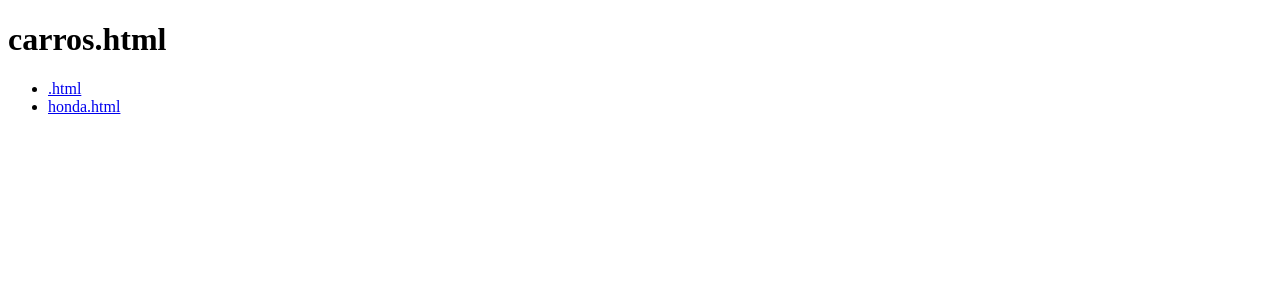
Repository: joao-laercio/DevWeb_BackEnd
Page: index.html/motos.html/motos.html
These files come from the project's save history. The page is drawn as it stood at one moment and after the next save; the edit follows.
The browser window is 1280 px wide. The pictures show the whole page.

Above is the page before, as saved 2022-07-06 15:27:07.

### index.html/motos.html/motos.html
<!DOCTYPE html>
<html>
    <head>
        <meta charset="utf-8">
        <title>carros.html</title>
    </head>
    <body>
        <h1>carros.html</h1>

         <div>
              <strong> </strong>
         </div>
         <p>

         </p>
         <blockquote></blockquote>
         <span> <em> </em></span>
         <ul>
             <li><a href="harley.html/harley.html">.html</a></li>
             <li><a href="honda.html/">honda.html</a></li>
         </ul>

         <a href="quesomos.html"></a>
         <img src=""
     </body>
</html>

After the next save:
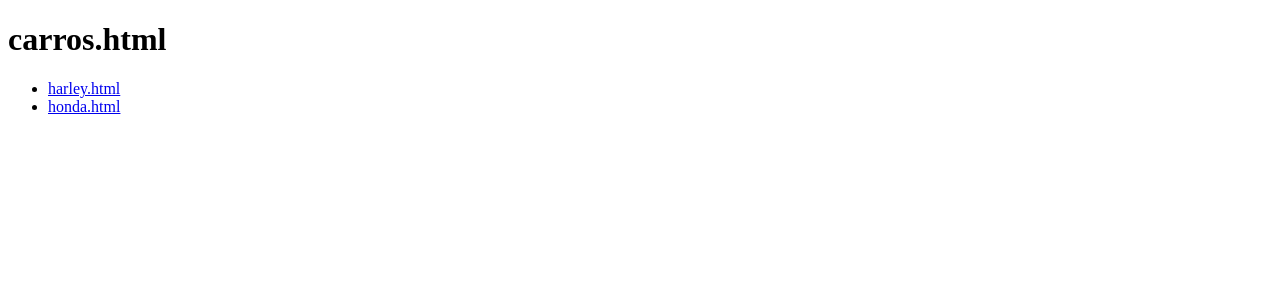
Saved 5 s later.
--- a/index.html/motos.html/motos.html
+++ b/index.html/motos.html/motos.html
@@ -16,7 +16,7 @@
          <blockquote></blockquote>
          <span> <em> </em></span>
          <ul>
-             <li><a href="harley.html/harley.html">.html</a></li>
+             <li><a href="harley.html/harley.html">harley.html</a></li>
              <li><a href="honda.html/">honda.html</a></li>
          </ul>
 
